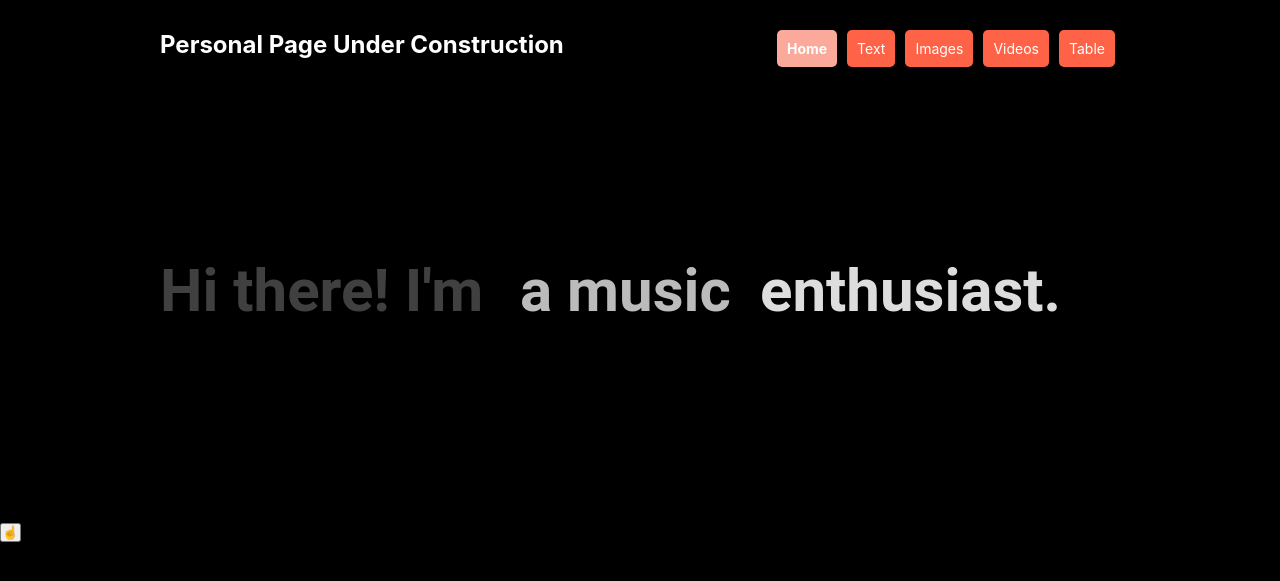
Repository: luhan68/personal_website
Page: index.html
An editor plug-in stored every save of this project. The page is shown before and after the next save, followed by the edit.
The browser window is 1280 px wide. The pictures show the whole page.

Above is the page before, as saved 2021-01-30 21:20:40.
Not found: myScript.js

### index.html
<div class="container" id="index">
    <link href='style.css' rel='stylesheet' type='text/css'>
    <script src="myScript.js"></script>
    <div class="nav">
        <div class="nav-bar">
            <ul>
                <li class="active-page"><a href="index.html">Home</a></li>
                <li><a href="text.html">Text</a></li>
                <li><a href="image.html">Images</a></li>
                <li><a href="video.html">Videos</a></li>
                <li><a href="table.html">Table</a></li>
            </ul>

        </div>
    </div>

    <h2 class="title">Personal Page Under Construction</h2>

<!-- Here for the design idea, I referred to Paul's cool animation design on codepen and fixed a few display width bugs: https://codepen.io/paulvddool/pen/yYeeVE -->

    <div id="animation">
        <div id="text">
            <h1 class="gray">Hi there! I'm</h1>
        </div>
        <div id="first">
            <ul>
                <li><h1 class="silver">Lu.</h1></li>
                <li><h1 class="lightgray">a music</h1></li>
                <li><h1 class="lightgray">a user -</h1></li>
            </ul>
        </div>
        <div id="second">
            <ul>
                <li><h1 class="lightergray">enthusiast.</h1></li>
                <li><h1 class="lightergray">composer.</h1></li>
                <li><h1 class="lightergray">panist.</h1></li>
                <li><h1 class="lightergray">DJ.</h1></li>
                <li><h1 class="lightergray">story lover.</h1></li>
                <li><h1 class="lightergray">designer.</h1></li>
            </ul>
        </div>
    </div>

</div>


<footer>
    <!-- Scroll to top button -->
    <button class="scrollBtn">☝️</button>
</footer>

### style.css
* {
    margin: 0;
    padding: 0;
}

body  {
    background-color: black;
    color: white;
    font-family: -apple-system, BlinkMacSystemFont, 'Segoe UI', Roboto, Oxygen, Ubuntu, Cantarell, 'Open Sans', 'Helvetica Neue', sans-serif;
}

.container {
    width: 75vw;
    margin: 0 auto;
    margin-top: 10px;

}

.scrollToTopBtn {
	background-color: black;
	border: none;
	border-radius: 50%;
	color: white;
	cursor: pointer;
	font-size: 16px;
	line-height: 48px;
	width: 48px;

	/* place it at the bottom right corner */
	position: fixed;
	bottom: 30px;
	right: 30px;
	/* keep it at the top of everything else */
	z-index: 100;
	/* hide with opacity */
	opacity: 0;
	/* also add a translate effect */
	transform: translateY(100px);
	/* and a transition */
	transition: all .5s ease
  }

  .showBtn {
	opacity: 1;
	transform: translateY(0)
  }

.nav {
    width: 100%;
}

.logo {
    float: left;
    width: 120px;
  margin: 0;
  padding: 0;
}

.nav-bar {
    float: right;
}

.nav-bar ul li {
    float: left;
    list-style-type: none;
    padding: 10px;
    margin: 0 5px;
    background-color: tomato;
    font-size: 14px;
    border-radius: 5px;

    transition: all 0.5s ease-out;
}

.nav-bar ul li:hover {
    background-color: wheat;
}

.nav .active-page {
	font-weight: bold;
	background-color:rgb(250, 169, 154);
  }

a {
    color: white;
    text-decoration: none;
}


.title {
text-align: left;
margin: 30px 0;
}

.myVideo {
text-align: center;
}

.myVideo iframe {
margin: 20px 20px;
}

.fb-like {
margin-bottom: 30px;
}

.footer {
width: 100%;
background-color: #333;
text-align: center;
padding: 20px 0;
margin-top: 50px;
}


input[type=text], select, textarea {
    width: 100%; /* Full width */
    padding: 12px; /* Some padding */
    border: 1px solid #ccc; /* Gray border */
    border-radius: 4px; /* Rounded borders */
    box-sizing: border-box; /* Make sure that padding and width stays in place */
    margin-top: 6px; /* Add a top margin */
    margin-bottom: 16px; /* Bottom margin */
    resize: vertical /* Allow the user to vertically resize the textarea (not horizontally) */
  }

  input[type=submit] {
    background-color: #a73012;
    color: white;
    padding: 12px 20px;
    border: none;
    border-radius: 4px;
    cursor: pointer;
  }

  input[type=submit]:hover {
    background-color: #d10c0c;
  }


  .myGallery {
    display: grid;
    grid-gap: 20px;
    grid-template-columns: repeat(auto-fit, minmax(175px, 1fr));
  }

  .myGallery img {
    width: 100%;
  }


table {
    font-family: Arial, Helvetica, sans-serif;
    border-collapse: collapse;
    width: 100%;
  }

table td, table th {
    border: 1px solid rgb(34, 33, 33);
    padding: 8px;
  }

table tr:nth-child(even){background-color: #110f0f;}

table tr:hover {background-color: rgb(46, 43, 43);}

table th {
    padding-top: 12px;
    padding-bottom: 12px;
    text-align: left;
    background-color: #350901;
    color: white;
  }


  p,
label {
    font: 1rem 'Fira Sans', sans-serif;
}

input {
    margin: .4rem;
}


/* I refer to Paul's cool animation design on codepen and fix a few display width bugs: https://codepen.io/paulvddool/pen/yYeeVE */

#animation {
	display: block;
	margin: 20% auto;
	height: 80px;
	width: auto;
}
@media screen and (max-width: 1080px) {
	#animation {
		box-sizing: border-box;
		-moz-box-sizing: border-box;
		padding: 0px;
		width: 100%;
	}
}
@keyframes animateOnce {
	0% { transform: translateY(80px); -webkit-transform: translateY(80px); -moz-transform: translateY(80px); }
	100% { transform: translateY(0px); -webkit-transform: translateY(0px); -moz-transform: translateY(0px); }
}
@-webkit-keyframes animateOnce {
	0% { transform: translateY(80px); -webkit-transform: translateY(80px); -moz-transform: translateY(80px); }
	100% { transform: translateY(0px); -webkit-transform: translateY(0px); -moz-transform: translateY(0px); }
}
#text {
	width: 350px;
	height: 80px;
	float: left;
	overflow: hidden;
}
#text h1 {
	animation: animateOnce 0.2s;
	-webkit-animation: animateOnce 0.2s;
}
@keyframes animateFirst {
	0% { transform: translateY(80px); -webkit-transform: translateY(80px); -moz-transform:translateY(80px); }
	1% { transform: translateY(0px); -webkit-transform: translateY(0px); -moz-transform:translateY(0px); }
	14% { transform: translateY(0px); -webkit-transform: translateY(0px); -moz-transform:translateY(0px); }
	15% { transform: translateY(-80px); -webkit-transform: translateY(-80px); -moz-transform:translateY(-80px); }
	70% { transform: translateY(-80px); -webkit-transform: translateY(-80px); -moz-transform:translateY(-80px); }
	71% { transform: translateY(-160px); -webkit-transform: translateY(-160px); -moz-transform:translateY(-160px); }
	99% { transform: translateY(-160px); -webkit-transform: translateY(-160px); -moz-transform:translateY(-160px); }
	100% { transform: translateY(-240px); -webkit-transform: translateY(-240px); -moz-transform:translateY(-240px); }
}
@-webkit-keyframes animateFirst {
	0% { transform: translateY(80px); -webkit-transform: translateY(80px); -moz-transform:translateY(80px); }
	1% { transform: translateY(0px); -webkit-transform: translateY(0px); -moz-transform:translateY(0px); }
	14% { transform: translateY(0px); -webkit-transform: translateY(0px); -moz-transform:translateY(0px); }
	15% { transform: translateY(-80px); -webkit-transform: translateY(-80px); -moz-transform:translateY(-80px); }
	70% { transform: translateY(-80px); -webkit-transform: translateY(-80px); -moz-transform:translateY(-80px); }
	71% { transform: translateY(-160px); -webkit-transform: translateY(-160px); -moz-transform:translateY(-160px); }
	99% { transform: translateY(-160px); -webkit-transform: translateY(-160px); -moz-transform:translateY(-160px); }
	100% { transform: translateY(-240px); -webkit-transform: translateY(-240px); -moz-transform:translateY(-240px); }
}
@keyframes animateSecond {
	0% { transform: translateY(80px); -webkit-transform: translateY(80px); -moz-transform: translateY(80px); }
	14% { transform: translateY(80px); -webkit-transform: translateY(80px); -moz-transform: translateY(80px); }
	15% { transform: translateY(0px); -webkit-transform: translateY(0px); -moz-transform: translateY(0px); }
	29% { transform: translateY(0px); -webkit-transform: translateY(0px); -moz-transform: translateY(0px); }
	30% { transform: translateY(-80px); -webkit-transform: translateY(-80px); -moz-transform: translateY(-80px); }
	44% { transform: translateY(-80px); -webkit-transform: translateY(-80px); -moz-transform: translateY(-80px); }
	45% { transform: translateY(-160px); -webkit-transform: translateY(-160px); -moz-transform: translateY(-160px); }
	59% { transform: translateY(-160px); -webkit-transform: translateY(-160px); -moz-transform: translateY(-160px); }
	60% { transform: translateY(-240px); -webkit-transform: translateY(-240px); -moz-transform: translateY(-240px); }
	70% { transform: translateY(-240px); -webkit-transform: translateY(-240px); -moz-transform: translateY(-240px); }
	71% { transform: translateY(-320px); -webkit-transform: translateY(-320px); -moz-transform: translateY(-320px); }
	85% { transform: translateY(-320px); -webkit-transform: translateY(-320px); -moz-transform: translateY(-320px); }
	86% { transform: translateY(-400px); -webkit-transform: translateY(-400px); -moz-transform: translateY(-400px); }
	99% { transform: translateY(-400px); -webkit-transform: translateY(-400px); -moz-transform: translateY(-400px); }
	100% { transform: translateY(-480px); -webkit-transform: translateY(-480px); -moz-transform: translateY(-480px); }
}
@-webkit-keyframes animateSecond {
	0% { transform: translateY(80px); -webkit-transform: translateY(80px); -moz-transform: translateY(80px); }
	14% { transform: translateY(80px); -webkit-transform: translateY(80px); -moz-transform: translateY(80px); }
	15% { transform: translateY(0px); -webkit-transform: translateY(0px); -moz-transform: translateY(0px); }
	29% { transform: translateY(0px); -webkit-transform: translateY(0px); -moz-transform: translateY(0px); }
	30% { transform: translateY(-80px); -webkit-transform: translateY(-80px); -moz-transform: translateY(-80px); }
	44% { transform: translateY(-80px); -webkit-transform: translateY(-80px); -moz-transform: translateY(-80px); }
	45% { transform: translateY(-160px); -webkit-transform: translateY(-160px); -moz-transform: translateY(-160px); }
	59% { transform: translateY(-160px); -webkit-transform: translateY(-160px); -moz-transform: translateY(-160px); }
	60% { transform: translateY(-240px); -webkit-transform: translateY(-240px); -moz-transform: translateY(-240px); }
	70% { transform: translateY(-240px); -webkit-transform: translateY(-240px); -moz-transform: translateY(-240px); }
	71% { transform: translateY(-320px); -webkit-transform: translateY(-320px); -moz-transform: translateY(-320px); }
	85% { transform: translateY(-320px); -webkit-transform: translateY(-320px); -moz-transform: translateY(-320px); }
	86% { transform: translateY(-400px); -webkit-transform: translateY(-400px); -moz-transform: translateY(-400px); }
	99% { transform: translateY(-400px); -webkit-transform: translateY(-400px); -moz-transform: translateY(-400px); }
	100% { transform: translateY(-480px); -webkit-transform: translateY(-480px); -moz-transform: translateY(-480px); }
}
#first {
	height: 80px;
	float: left;
	margin-left: 10px;
	overflow: hidden;
}
#first ul {
	width: 230px;
	list-style: none;
	margin: 0;
	padding: 0;
	animation: animateFirst 21s infinite;
	-webkit-animation: animateFirst 21s infinite;
}

#second {
	height: 80px;
	float: left;
	margin-left: 10px;
	overflow: hidden;
}
#second ul {
	width: 300px;
	list-style: none;
	margin: 0;
	padding: 0;
	animation: animateSecond 21s infinite;
	-webkit-animation: animateSecond 21s infinite;
}

h1 {
	font-family: 'Roboto', 'Helvetica Neue', Helvetica, Arial;
	font-size: 60px;
	font-weight: 700;
	line-height: 80px;
	margin: 0px;
}
.gray {
	color: #404040;
}
.silver {
	color: #909090;
}
.lightgray {
	color: #BBB;
}
.lightergray {
	color: #DDD;
}

After the next save:
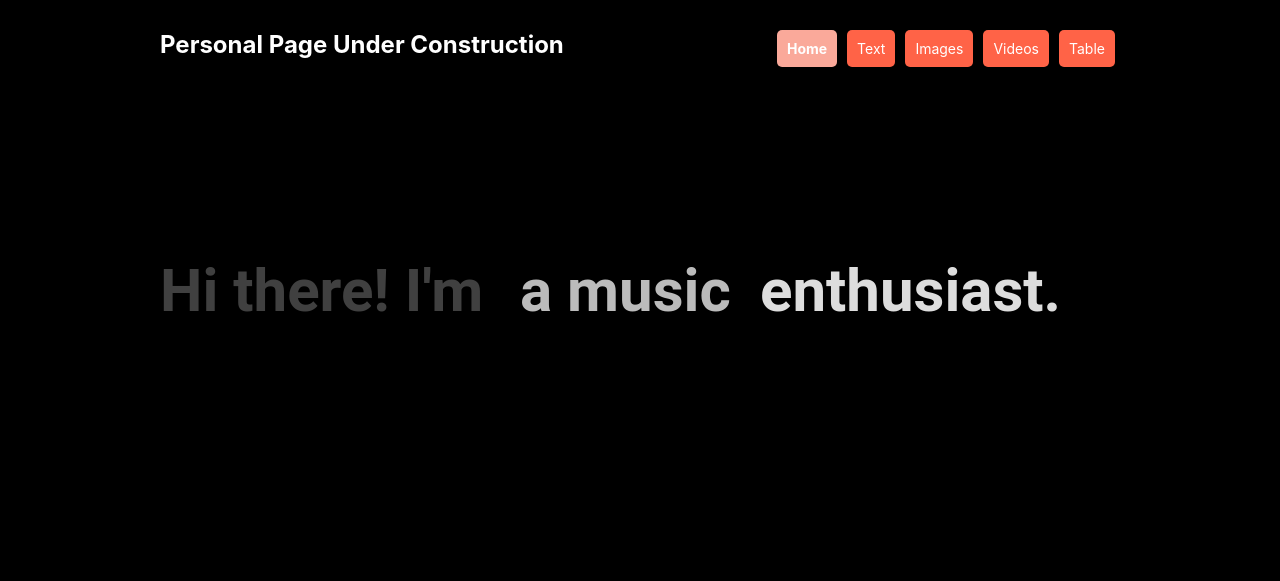
Saved 17 s later.
--- a/index.html
+++ b/index.html
@@ -46,5 +46,5 @@
 
 <footer>
     <!-- Scroll to top button -->
-    <button class="scrollBtn">☝️</button>
+    <button class="scrollToTopBtn">☝️</button>
 </footer>
